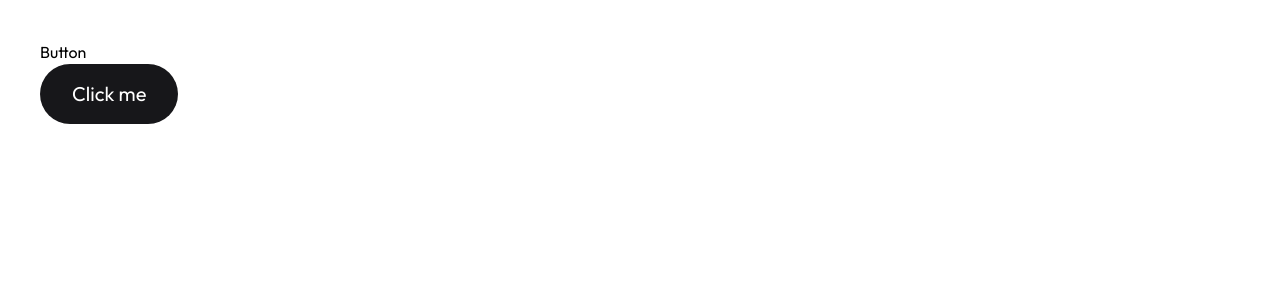
Repository: felixdusengimana/capstone-project-mirror
Page: /components (app in frontend/)
An editor plug-in stored every save of this project. The page is shown before and after the next save, followed by the edit.
The browser window is 1280 px wide. The pictures show the whole page.
The project was rebuilt for these pictures with package versions that can differ from the ones it lists, and the page was loaded fresh each time. The framework's server and built-in components were replaced by stand-ins that run in the browser. Also part of the build but not shown: frontend/next.config.mjs.

Above is the page before, as saved 2024-03-11 10:44:43.

### frontend/app/layout.tsx
import type { Metadata } from "next";
import { Righteous, Outfit } from "next/font/google";
import "./globals.css";

const outfit = Outfit({ subsets: ["latin"], variable: "--font-outfit" });
const righteous = Righteous({
  subsets: ["latin"],
  variable: "--font-righteous",
  weight: "400",
});

export const metadata: Metadata = {
  title: "Pesatone - Search and gift your favorite creators",
  description:
    "A place where fans show gratitude to the African content creators they love!",
};

export default function RootLayout({
  children,
}: Readonly<{
  children: React.ReactNode;
}>) {
  return (
    <html lang="en">
      <body className={`${outfit.variable} ${righteous.variable} font-sans`}>
        {children}
      </body>
    </html>
  );
}

### frontend/app/components/page.tsx
import Button from "@/components/atoms/Button";
import React from "react";

export default function page() {
  return (
    <div className="p-10">
      <div>
        <h1>Button</h1>
        <Button variant="secondary">Click me</Button>
      </div>
      <div></div>
    </div>
  );
}

### frontend/app/globals.css
@tailwind base;
@tailwind components;
@tailwind utilities;

:root {
  --bg: #171719;
  --bg-hover: #232326;
  --secondary-color: #17171A;
  --foreground-rgb: 0, 0, 0;
  --background-start-rgb: 214, 219, 220;
  --background-end-rgb: 255, 255, 255;
}

/* @media (prefers-color-scheme: dark) {
  :root {
    --foreground-rgb: 255, 255, 255;
    --background-start-rgb: 0, 0, 0;
    --background-end-rgb: 0, 0, 0;
  }
}

body {
  color: rgb(var(--foreground-rgb));
  background: linear-gradient(to bottom,
      transparent,
      rgb(var(--background-end-rgb))) rgb(var(--background-start-rgb));
}

@layer utilities {
  .text-balance {
    text-wrap: balance;
  }
} */

### frontend/components/atoms/Button.tsx
import { ComponentProps } from "react";

interface ButtonProps extends ComponentProps<"button"> {
  variant?: "dark" | "white" | "blurred" | "secondary";
  size?: "sm" | "md" | "lg";
  bordered?: boolean;
}

export default function Button({ ...props }: ButtonProps) {
  const { variant = "dark", size = "md", bordered = false } = props;

  const variantClasses = {
    dark: "bg-black text-white",
    white: "bg-white text-black",
    secondary: "bg-secondary text-white",
    blurred: "bg-blurred text-white",
  };

  const sizeClasses = {
    sm: "px-2 py-1",
    md: "px-8 py-4",
    lg: "px-6 py-3",
  };

  const borderClasses = bordered ? "border border-black" : "";

  return (
    <button
      {...props}
      className={`text-xl font-normal rounded-full ${variantClasses[variant]} ${sizeClasses[size]} ${borderClasses} ${props.className}`}
    >
      {props.children}
    </button>
  );
}

### frontend/tailwind.config.ts
import type { Config } from "tailwindcss";

const config: Config = {
  content: [
    "./pages/**/*.{js,ts,jsx,tsx,mdx}",
    "./components/**/*.{js,ts,jsx,tsx,mdx}",
    "./app/**/*.{js,ts,jsx,tsx,mdx}",
  ],
  theme: {
    extend: {
      // backgroundImage: {
      //   "gradient-radial": "radial-gradient(var(--tw-gradient-stops))",
      //   "gradient-conic":
      //     "conic-gradient(from 180deg at 50% 50%, var(--tw-gradient-stops))",
      // },
      fontFamily: {
        sans: ["var(--font-outfit)"],
        mono: ["var(--font-righteous)"],
      },
      colors: {
        secondary: "var(--secondary-color)",
      },
    },
  },
  plugins: [],
};
export default config;

### frontend/components/atoms/Headline.tsx
import React from "react";
// TODO: Implement Headline component
export default function Headline() {
  return <div>Headline</div>;
}

After the next save:
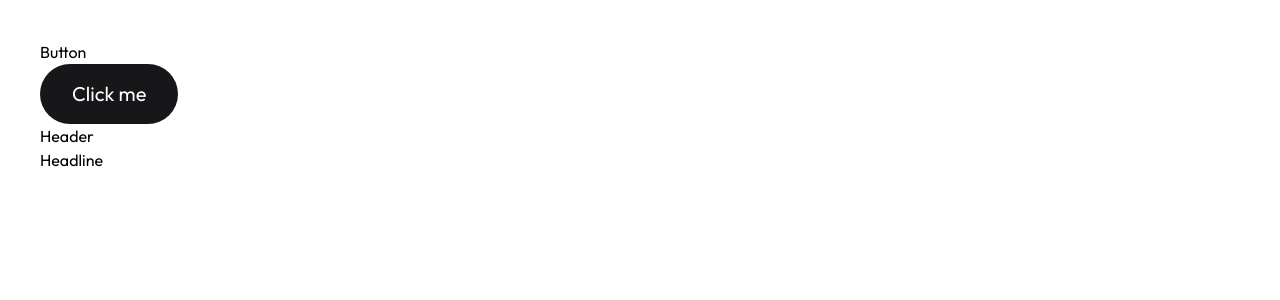
Saved 23 s later.
--- a/frontend/app/components/page.tsx
+++ b/frontend/app/components/page.tsx
@@ -1,4 +1,5 @@
 import Button from "@/components/atoms/Button";
+import Headline from "@/components/atoms/Headline";
 import React from "react";
 
 export default function page() {
@@ -8,7 +9,10 @@ export default function page() {
         <h1>Button</h1>
         <Button variant="secondary">Click me</Button>
       </div>
-      <div></div>
+      <div>
+        <h1>Header</h1>
+        <Headline>Header</Headline>
+      </div>
     </div>
   );
 }
